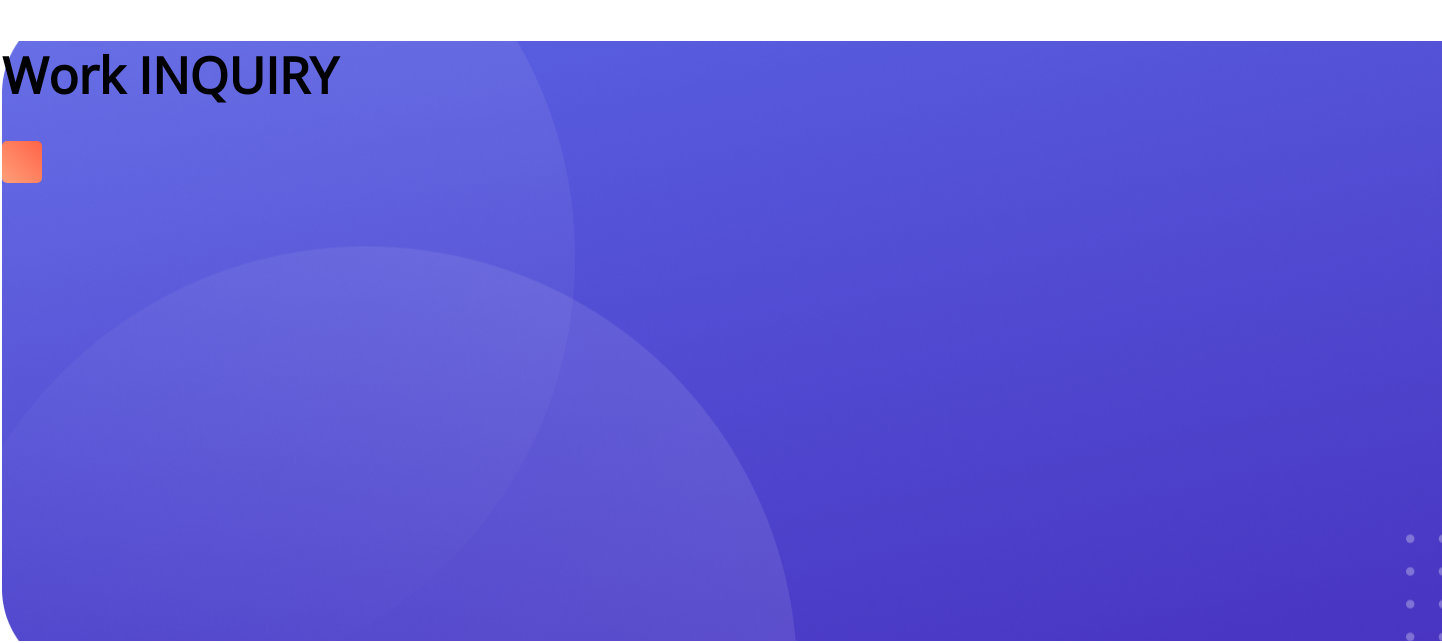
Repository: sabbircse3/personal-website
Page: index.html
The author's editor kept a copy of each file at every save. The page is drawn from the files as they stood at one save, then again after a run of saves.
The browser window is 1280 px wide. The page is 1442 px wide, so the pictures cover 1442 px, including what lies to the right of the window. The pictures show the part of the page from y = 2386 to 3029 px (the page is 3029 px tall before and 2729 px after).

Above is the page before, as saved 2021-01-06 02:31:25.

### index.html
<!DOCTYPE html>
<html lang="en">
<head>
    <title>personal-website</title>
    <link rel="preconnect" href="https://fonts.gstatic.com">
    <link href="https://fonts.googleapis.com/css2?family=Open+Sans&display=swap" rel="stylesheet">
    <link rel="stylesheet" href="style.css">
</head>
<body>

        <div class="menu-1">
            <ul id="menu">
                <li><a href="#">Contact</a></li>
                <li><a href="#">Protfolio</a></li>
                <li><a href="#">Work</a></li>
                <li><a href="#">About</a></li>
            </ul>
        </div>


    <section class="top-banner ">
        <div class="half-width">
            <h1>HELLO, I'M <br> <span class="name-highlight">SABBIR HASAN</span></h1>
            <p>A full stack allaround designer that placerat in massa consectetur</p>
            <a class="link-button" target="_blank" href="https://www.linkedin.com/company/programminghero/">HIRE ME</a>
        </div>

        <div class="half-width">
            <img src="images/sabbir1.png" alt="">
        </div>
    </section>

    <section class="about ">
        <div class="half-width">
            <img src="images/sabbir1.png" alt="">
        </div>

        <div class="half-width">
            <h2> ABOUT</h2>
            <p>Lorem Ipsum is simply dummy text of the printing and typesetting industry. Lorem Ipsum has been the industry's standard dummy text ever since the 1500s, when an unknown printer took a galley of type and scrambled it to make a type specimen book.</p>
            <a class="link-button" target="_blank" href="https://www.linkedin.com/company/programminghero/">Download CV</a>
        </div>

    </section>

    <section class="experience-area">
        <h2 id="head-center"><span class="name-highlight">LASTET</span> WORKING PROJECT</h2>
        <div id="first-project" class="half-width single-experience">
            <img  src="images/image 4.png" alt="" class="center">
            <h3>Power-x-gym (gym website)</h3>
            <p>Lorem Ipsum is simply dummy text of the printing and typesetting industry.</p>

        </div>

        <div id="next-project" class="half-width single-experience">
            <img src="images/image 5.png" alt="" class="center">
            <h3>Creative Agency</h3>
            <p>Lorem Ipsum is simply dummy text of the printing and typesetting industry.</p>

        </div>

        <div id="next-project" class="half-width single-experience">
            <img src="images/image 8.png" alt="" class="center">
            <h3>Hard Rock Music</h3>
            <p>Lorem Ipsum is simply dummy text of the printing and typesetting industry.</p>

        </div>

    </section>



    <section class="education">
        <h1> <span class="name-highlight">EDU</span>CATION</h1>
        <div id="bachelor" class="half-width single-experience">
            <h3>Bachelor of Science in Computer Science</h3>
            <h3 class="blue-highlight">Khwaja Yunus Ali University</h3>
            <h3 class="orange-highlight">2016-2020</h3>
            <p>It is a reputaed private university in this country Bangladesh.</p>
        </div>

        <div id="others" class="half-width single-experience">
            <h3>Higher School Certificate</h3>
            <h3 class="blue-highlight">Bhagopara Shahid Dhanesh Uddin School and Collage</h3>
            <h4 class="orange-highlight">2014-2016</h4>
            <p>It is one of the best collage in our north said of country</p>
        </div>

		<div id="others" class="half-width single-experience">
            <h3>Secoundary School Certificate</h3>
            <h3 class="blue-highlight">Rajapur High School</h3>
            <h4 class="orange-highlight">2009-2014</h4>
            <p>This school is one of the best school in my native area where i was bron.</p>
        </div>

    </section>


    <section class="lowest-banner">
        <div>
            <h1>Work INQUIRY</h1>

        </div>

        <div>
            <a class="link-button" target="_blank" href="https://www.linkedin.com/company/programminghero/"></a>
        </div>

    </section>




</body>
</html>

### style.css
body{
    font-family: 'Open Sans', sans-serif;
    margin: 2px;
    font-style: normal;
}
.menu-1{
	height: 90px;
}
#menu{
	list-style-type:none;
	width:900px;
	margin:10px auto;
}
#menu li{
	float:right;
}
#menu li a{
	color:black;
	text-decoration:none;
	padding:5px 10px;
}

h1{
    font-size: 50px;
}
h2{
    font-size: 40px;
}

.name-highlight{
    color: #FF8367;
}
.top-banner{

}
.half-width{
    width: 35%;
    float: left;
    margin-left: 5%;
    padding-left: 2%;
}
.half-width img{
    width: 100%;
}
section{
    height: 450px;
}
.link-button{
    text-decoration: none;
    background-image: linear-gradient(45deg, lightSalmon, tomato);
    padding: 10px 20px;
    border-radius: 5px;
    color: white;
    font-weight: 700;
}
#head-center{
    text-align: center;
    margin: 80px;
    padding: 50px;
}
.experience-area{
    background-color: #E5E5E5;
    background-position: left;
    width: 1440px;
    height: 814px;
}
.center {
    display: block;
    margin-left:-15px;
    margin-top: 15px;
    width: 50%;
  }
.orange-highlight{
    color: orange;
}
.single-experience{
    box-shadow: 0px 4px 4px rgba(0, 0, 0, 0.25);
    border-radius: 10px;
	height: 45%;
	width: 23%;
}
#first-project{
    background-color: white;
}
#next-project{
	background-color: white;
}
footer p{
    text-align: center;
    font-size: 12px;
}
.education{
    background-image: url("images/exp-bg.png");
    background-repeat: no-repeat;
    background-position: left;
}
#bachelor{
    border-left: 7px solid;
    border-image: linear-gradient(180deg, lightSalmon, tomato);
    border-image-slice: 1;
    background-color: white;
    height: 55%;
	width: 25%;
}
#others{
    border-left: 7px solid;
    border-image: linear-gradient(180deg, blue, cyan);
    border-image-slice: 1;
    height: 55%;
	width: 25%;
}
.blue-highlight{
    color:rgba(0, 0, 139, 0.705);
}
.lowest-banner{
    background-image: url("images/Group_33094_1.png");
    background-position: left;
    width: 1440px;
    height: 600px;
    background-repeat: no-repeat;
}

After the next 3 saves:
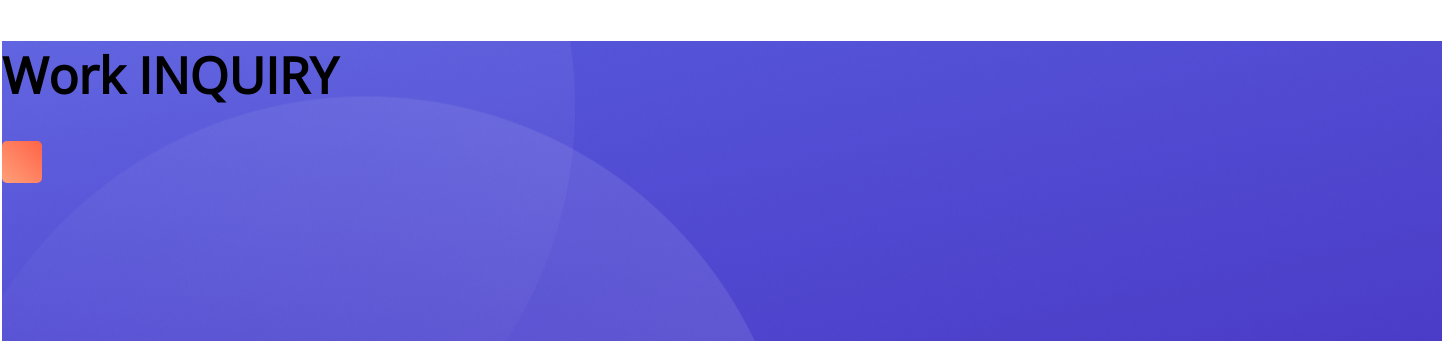
The 3 saves are shown as one change because they came seconds apart.
The last was saved 8 s later.
--- a/style.css
+++ b/style.css
@@ -116,6 +116,6 @@ footer p{
     background-image: url("images/Group_33094_1.png");
     background-position: left;
     width: 1440px;
-    height: 600px;
+    height: 300px;
     background-repeat: no-repeat;
 }
